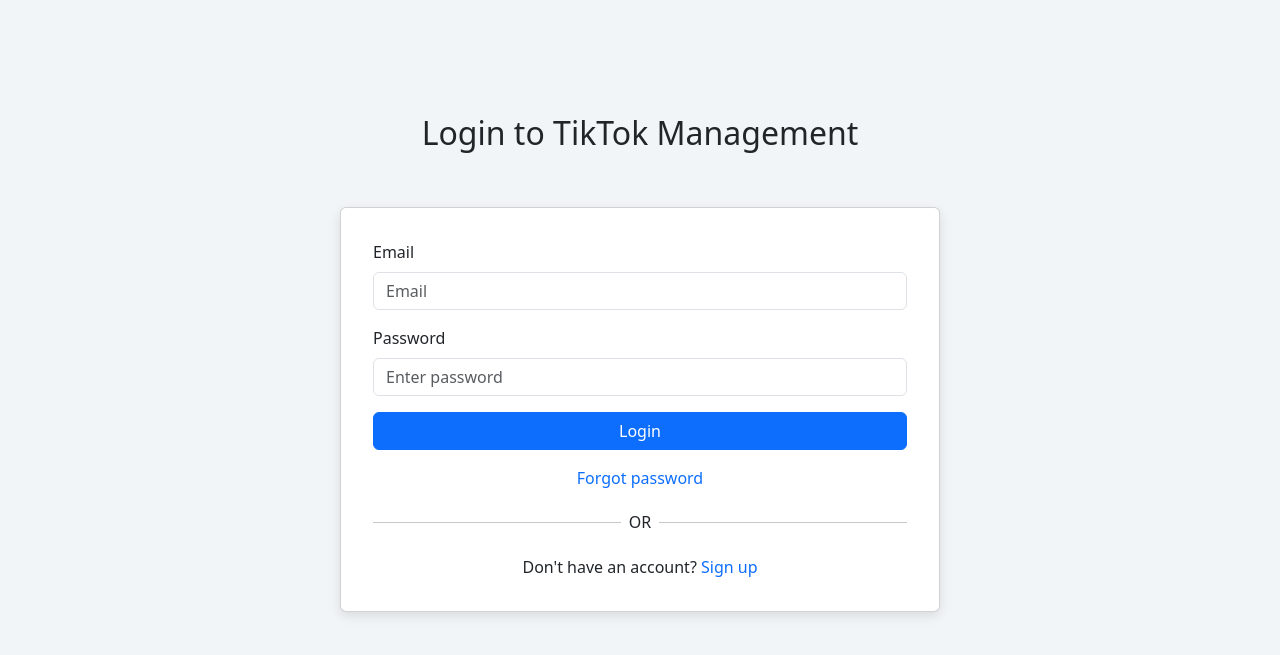
Repository: chaolaolo/tikcrm-fe
Page: /
These files come from the project's save history. The page is drawn as it stood at one moment and after a run of saves; the edit follows.
The browser window is 1280 px wide. The pictures show the whole page.
The project was rebuilt for these pictures with package versions that can differ from the ones it lists, and the page was loaded fresh each time. Also part of the build but not shown: vite.config.ts, src/pages/Home/Settings.tsx, src/pages/Home/HomePage.tsx. Imported but missing from the stored project, and not drawn on this page: src/pages/Home/Dashboard, src/pages/Register/RegisterPage.

Above is the page before, as saved 2025-05-22 22:29:23.

After the next 2 saves:
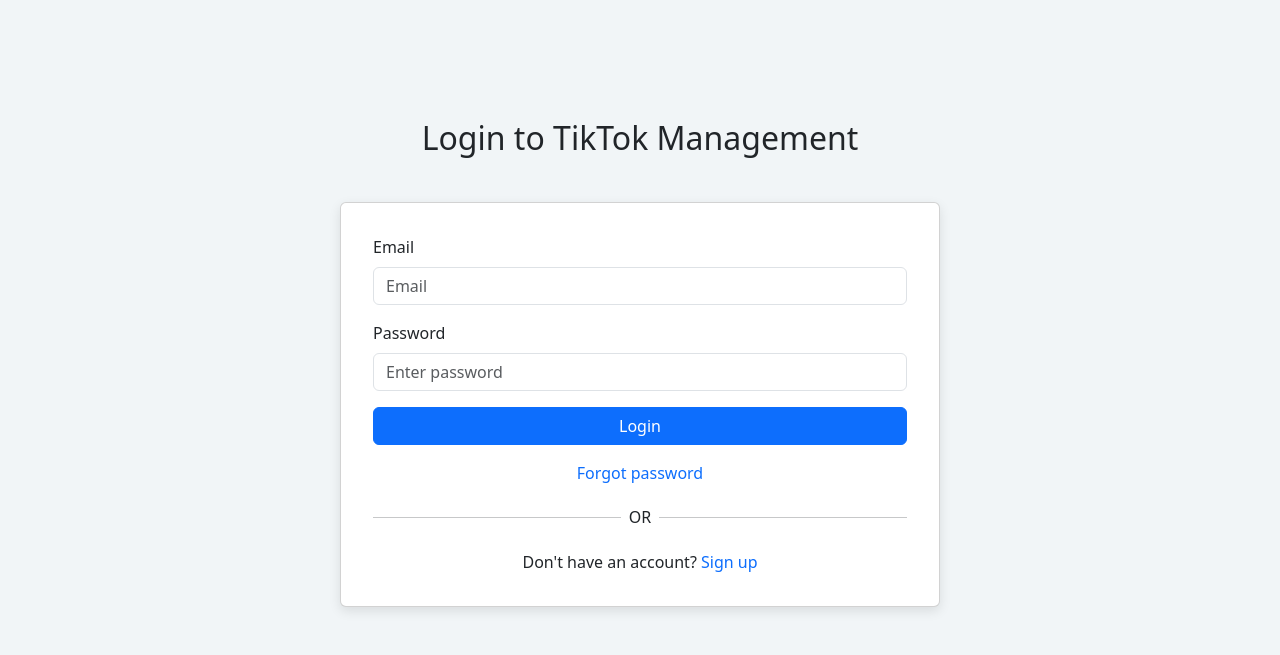
The 2 saves are shown as one change because they came seconds apart.
The last was saved 13 s later.
--- a/src/pages/Auth/LoginPage.tsx
+++ b/src/pages/Auth/LoginPage.tsx
@@ -16,7 +16,7 @@
         <div className="w-100" style={{ maxWidth: '600px', }}>
           <p className="text-center mb-8 fs-2">Login to TikTok Management</p>
           <div className="card  p-8 " style={{
-            marginTop: '50px',
+            marginTop: '40px',
             backgroundColor: 'white',
             boxShadow: '0 4px 12px rgba(0, 0, 0, 0.1)'
           }}>
